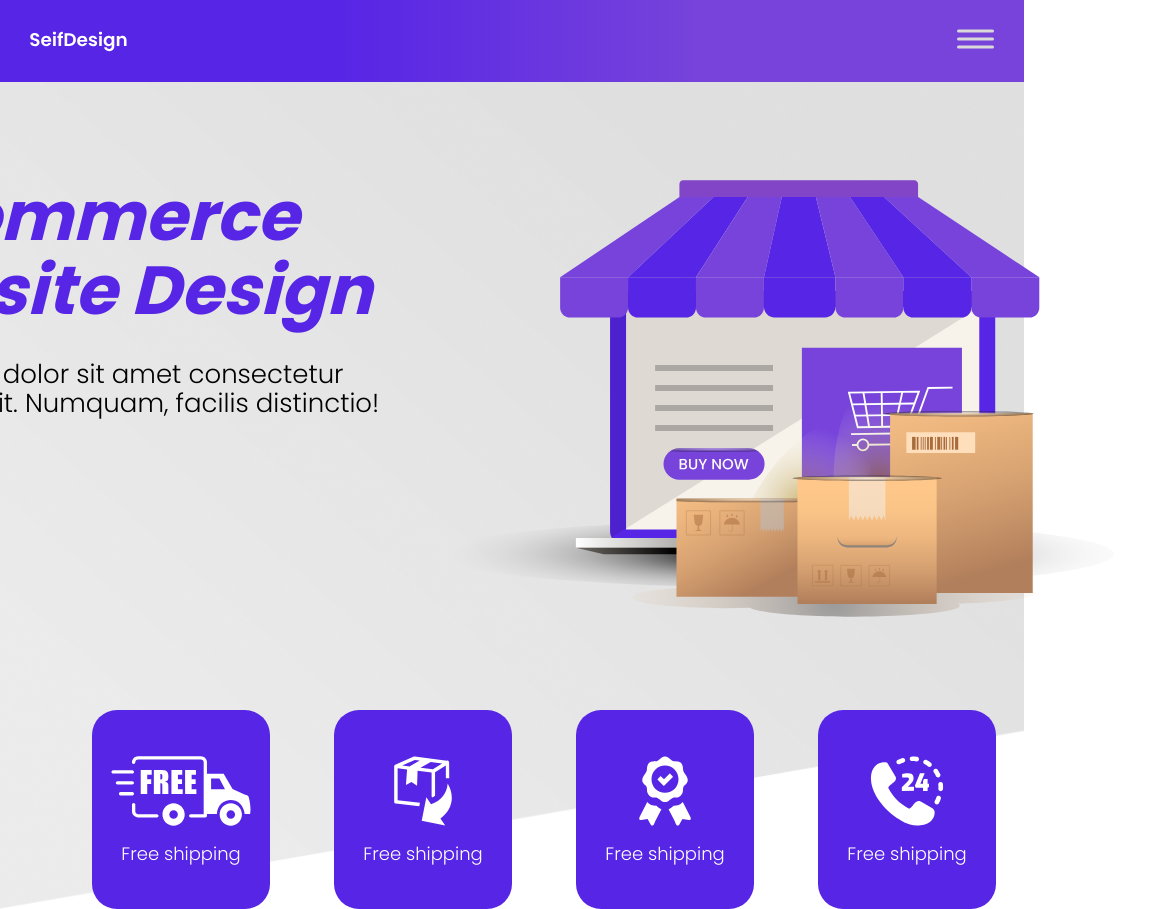
Repository: simralgasimov/newpage
Page: index.html
These files come from the project's save history. The page is drawn as it stood at one moment and after a run of saves; the edit follows.
The browser window is 1024 px wide. The page is 1114 px wide, then 1155 px, so the pictures cover 1155 px, including what lies to the right of the window. The pictures show the whole page.
The style sheet was rebuilt from its Sass, Less or Tailwind sources for each picture, by a compiler version that may differ from the author's.

Above is the page before, as saved 2023-12-13 15:07:12.
Not found: index.js

After the next 4 saves:
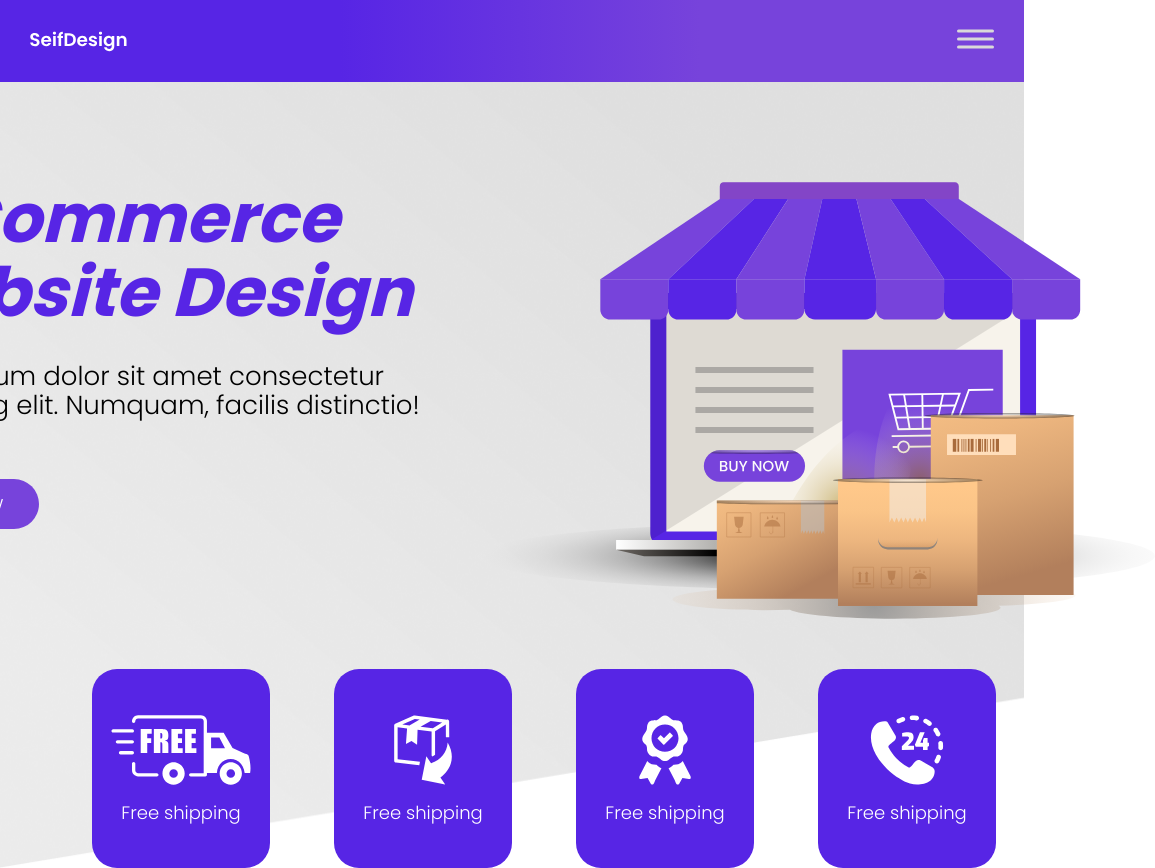
The 4 saves are shown as one change because 1 did not build or start and some came seconds apart.
The last was saved 30 s later.
--- a/index.scss
+++ b/index.scss
@@ -66,7 +66,8 @@
     display: flex;
     justify-content: center;
     @media screen and (max-width: 1024px) {
-      }
+padding: 0;
+padding-top: 100px;      }
     .text-container {
       h1 {
         margin-bottom: 32px;
